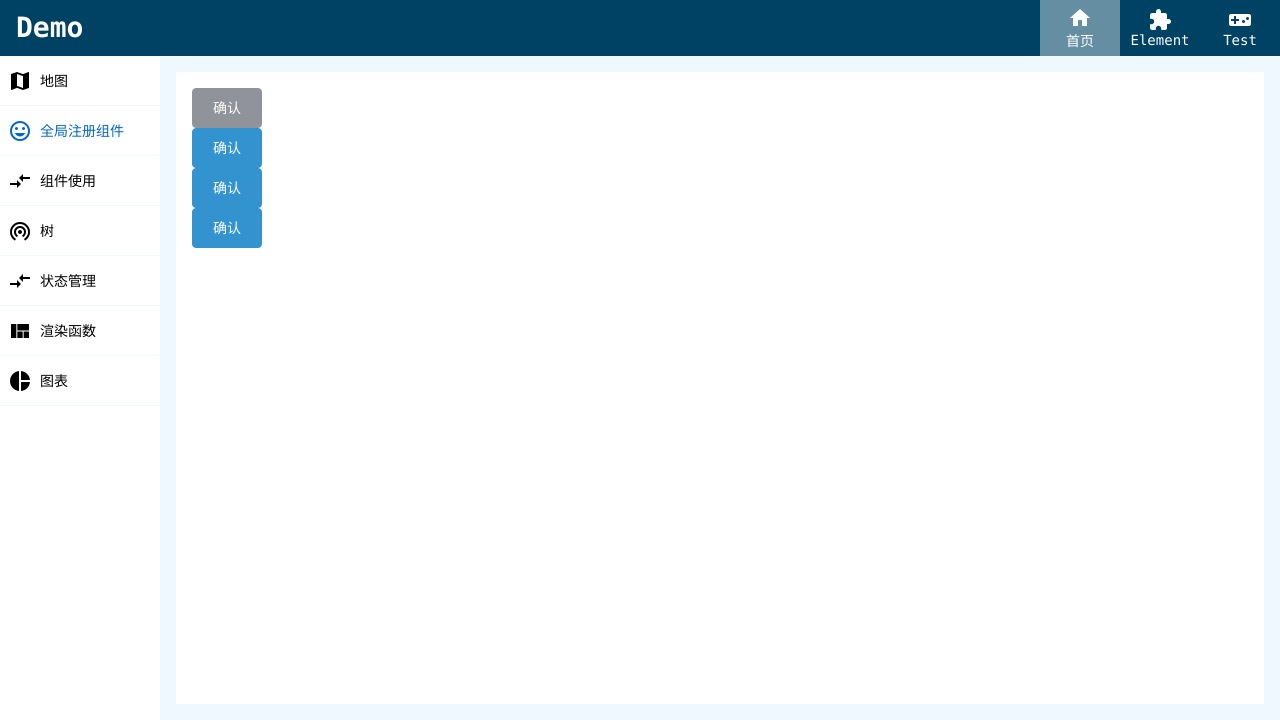
Repository: zh-webliker/element-vue
Page: /Main/Icon
An editor plug-in stored every save of this project. The page is shown before and after the next save, followed by the edit.
The browser window is 1280 px wide. The pictures show the whole page.
The project was rebuilt for these pictures with package versions that can differ from the ones it lists, and the page was loaded fresh each time. Also part of the build but not shown: vue.config.js, src/components/baseComponts/Basetitle.vue. Imported but missing from the stored project, and not drawn on this page: src/json/contour, src/json/hl.

Above is the page before, as saved 2020-09-11 16:24:41.

### public/index.html
<!DOCTYPE html>
<html lang="en">
  <head>
    <meta charset="utf-8">
    <meta http-equiv="X-UA-Compatible" content="IE=edge">
    <meta name="viewport" content="width=device-width,initial-scale=1.0">
    <link rel="icon" href="<%= BASE_URL %>favicon.ico">
    <title>demo</title>

  </head>
  <body>
    <noscript>
      <strong>We're sorry but demo doesn't work properly without JavaScript enabled. Please enable it to continue.</strong>
    </noscript>
    <div id="app"></div>
    <!-- built files will be auto injected -->
  </body>
</html>

### src/main.js
import Vue from 'vue'
import App from './App.vue'
import router from './router'
import store from './store/store'

import './style/style.scss'
import 'material-icons'

/***
 * 初始化axios
 * https://www.kancloud.cn/yunye/axios/234845
 */
import axios from 'axios'
axios.defaults.baseURL = process.env.NODE_ENV === 'production' ? '/' : '/api';
axios.defaults.headers.withCredentials = true;
Vue.prototype.$axios = axios;

// import './style/test.scss'

/**
 * element
 * */
import Element from 'element-ui'
import './style/element-variables.scss'
Vue.use(Element);


Vue.config.productionTip = false;

// import upperFirst from 'lodash/upperFirst'
// import camelCase from 'lodash/camelCase'

// const requireComponent = require.context(
//   // 其组件目录的相对路径
//   // '../src/components/baseComponts',
//   './components/baseComponts',
//   // 是否查询其子目录
//   false,
//   // 匹配基础组件文件名的正则表达式
//   /Base[A-Z]\w+\.(vue|js)$/
// )
// console.log(requireComponent.keys())
// requireComponent.keys().forEach(fileName => {
//   // 获取组件配置
//   const componentConfig = requireComponent(fileName)
//   // 这个地方直接传入filename其实就是内部会调用了resolve方法，会返回对应的文件内容（不理解可以console一下看看）
//   // 获取组件的 PascalCase 命名
//   const componentName = upperFirst(
//     camelCase(
//       // 获取和目录深度无关的文件名
//       fileName
//         .split('/')
//         .pop()
//         .replace(/\.\w+$/, '')
//     )
//   )

//   // 全局注册组件
//   Vue.component(
//     componentName,
//     // 如果这个组件选项是通过 `export default` 导出的，
//     // 那么就会优先使用 `.default`，
//     // 否则回退到使用模块的根。
//     componentConfig.default || componentConfig
//   )
// })
import Basebutton from './components/baseComponts/Basebutton.vue'
import Basetitle from './components/baseComponts/Basetitle.vue'
Vue.component('Basebutton', Basebutton)
Vue.component('Basetitle', Basetitle)
new Vue({
  router,
  store,
  render: h => h(App)
}).$mount('#app');

### src/App.vue
<template>
  <div id="app">

    <!--header标签和下面的nav标签，是H5新增的标签，相当于有语义的div-->
    <header class="header">

      <h1>{{appName}}</h1>

      <nav>

        <!--router-link是vue自带组件，用于项目内跳转，会编译成a标签-->
        <router-link to="/Main">
          <i class="material-icons">home</i>
          <span>首页</span>
        </router-link>
        <router-link to="/Element">
          <i class="material-icons">extension</i>
          <span>Element</span>
        </router-link>

        <router-link to="/Test">
          <i class="material-icons">videogame_asset</i>
          <span>Test</span>
        </router-link>
        <!--<router-link to="/">
          <i class="material-icons">logout</i>
          <span>退出</span>
        </router-link>-->
      </nav>
    </header>

    <router-view/>

  </div>
</template>

<script>
  const appName = "Demo";

  export default ({
    name: "App",
    data(){
      return {
        appName
      }
    }
  })

</script>

<style lang="scss">

</style>

### src/router.js
import Vue from 'vue'
import Router from 'vue-router'

Vue.use(Router);

export default new Router({
  mode: 'history',
  routes: [
    {
      path: "/",
      redirect: "/Main"
    },
    {
      name: "Main",
      path: "/Main",
      component: ()=> import('./views/main/Main.vue'),
      children: [
        {
          path: "/",
          redirect: "/Main/Map"
        },
        {
          //在router-link跳转中，如果路由设置了name，也可以用name替代path
          name: "Map",
          path: "/Main/Map",
          component: ()=> import('./views/main/Map.vue')
        },
        {
          name: "Icon",
          path: "/Main/Icon",
          component: ()=> import('./views/main/Icon.vue')
        },
        {
          name: "Tree",
          path: "/Main/Tree",
          component: ()=> import('./views/main/Tree.vue')
        },
        {
          name: "Storage",
          path: "/Main/Storage",
          component: ()=> import('./views/main/Storage.vue')
        },
        {
          name: "Storage2",
          path: "/Main/Storage2",
          component: ()=> import('./views/main/Storage2.vue')
        },
        {
          name: "Deliver",
          path: "/Main/Deliver",
          component: ()=> import('./views/main/Deliver.vue')
        },
        {
          name: "Charts",
          path: "/Main/Charts",
          component: ()=> import('./views/main/Charts.vue')
        }
      ]
    },
    {
      name: "Element",
      path: "/Element",
      component: ()=> import('./views/element/ElementMain.vue'),
      children: [
        {
          path: "/",
          redirect: "/Element/Table"
        },
        {
          name: "Table",
          path: "/Element/Table",
          component: ()=> import('./views/element/Table.vue'),
        },
        {
          name: "Tab",
          path: "/Element/Tab",
          component: ()=> import('./views/element/Tab.vue'),
        },
        {
          name: "Form",
          path: "/Element/Form",
          component: ()=> import('./views/element/Form.vue'),
        },
        {
          name: "Tree",
          path: "/Element/Tree",
          component: ()=> import('./views/element/Tree.vue'),
        }
      ]
    },

    {
      name: "Test",
      path: "/Test",
      component: ()=> import('./views/test/Test.vue'),
      redirect: "/Test/Mixin",

      children:[
        {
          name: "Mixin",
          path: "/Test/Mixin",
          component: ()=> import('./views/test/mixins/Index.vue')
        },
        {
          name: "DraggableModule",
          path: "/Test/DraggableModule",
          component: ()=> import('./views/test/draggable/DraggableModule.vue')
        }
      ]
    },

    //把404页面放到最后匹配剩下的全部页面
    {
      name: "404",
      path: "*",
      component: ()=> import('./views/404.vue'),
    }

  ]
})

### src/store/store.js
import Vue from 'vue'
import Vuex from 'vuex'

import StorageStore from './StorageStore'

Vue.use(Vuex);

export default new Vuex.Store({
  state: {

  },
  mutations: {

  },
  actions: {

  },

  //引入模组store
  modules: {
    storage: StorageStore
  }
})

### src/style/style.scss


/*theme*/
$primaryColor: #0065cb;
$primaryTextColor: white;
$primaryBgColor: #004264;
$bgColor: white;

/*global*/
a {
  text-decoration: none;
  color: inherit;
}
.page {
  position: absolute;
  top: 56px;
  bottom: 0;
  left: 0;
  right: 0;
  background-color: aliceblue;
}


/*body*/
body{
  padding: 0; margin: 0;
  font-family: 'Consolas', 'Microsoft YaHei UI';
  font-size: 14px;
}

/*header*/
header {
  background-color: $primaryBgColor;
  color: $primaryTextColor;
  padding: 0 16px;
  position: relative;
  height: 56px;

  h1 {
    margin: 0;
    line-height: 56px;
  }

  nav {
    position: absolute;
    right: 0;
    top: 0;
    height: 100%;
    cursor: pointer;
    display: flex;
    justify-content: center;

    a {
      display: inline-flex;
      width: 80px;
      height: 100%;
      justify-content: center;
      flex-direction: column;
      text-align: center;

      &:hover{
        background-color: rgba(255,255,255,0.1);
      }

      &.router-link-active{
        background-color: rgba(255,255,255,0.4);
      }
    }
  }
}

/*left navbar*/
.left-nav {
  position: absolute;
  width: 160px;
  top: 0;
  bottom: 0;
  left: 0;
  background-color: white;
  //color: $primaryTextColor;


  a {
    position: relative;
    display: flex;
    width: 100%;
    height: 50px;
    cursor: pointer;

    &:hover{
      //background-color: rgba(100,100,100,0.1);
      color: rgb(100,100,100);
    }
    &.router-link-active{
      //background-color: rgba(0,0,0,0.1);
      color: $primaryColor;
    }
    &:after{
      content: "";
      position: absolute;
      bottom: 0;
      width: 100%;
      height: 1px;
      //transform: scaleY(0.5);
      background-color: aliceblue;
    }

    i {
      line-height: 50px;
      width: 40px;
      text-align: center;
      font-size: 24px;
    }
    span {
      line-height: 50px;
      font-size: 14px;
    }

  }
}


.page-content {
  position: absolute;
  left: 160px;
  top: 0;
  bottom: 0;
  right: 0;
  //background-color: aliceblue;
  margin: 16px;
  padding: 16px;
  background-color: white;
  overflow-y: auto;
  overflow-x: auto;

  article{
    padding-bottom: 80px;
  }
}

### src/style/element-variables.scss
/* 改变主题色变量 */
// $--color-primary: #00806a;
$--color-primary: rgb(51, 147, 207);

/* 改变 icon 字体路径变量，必需 */
$--font-path: '~element-ui/lib/theme-chalk/fonts';

@import "~element-ui/packages/theme-chalk/src/index";

.el-main>div:nth-child(2){
  padding: 16px;
}

### src/components/baseComponts/Basebutton.vue
<template>
  <div>
    <el-button :type="type">确认</el-button>
  </div>
</template>

<script>
export default {
  name: 'Basebutton',
  props: {
    type: {
      type: String,
      default: 'primary'
    }
  }
}
</script>

<style>

</style>

### src/views/main/Main.vue
<template>
  <div class="page">

    <nav class="left-nav">
      <router-link to="Map">
        <i class="material-icons">map</i>
        <span>地图</span>
      </router-link>
      <router-link to="Icon">
        <i class="material-icons">insert_emoticon</i>
        <span>全局注册组件</span>
      </router-link>
      <router-link to="Storage2">
        <i class="material-icons">compare_arrows</i>
        <span>组件使用</span>
      </router-link>
      <router-link to="Tree">
        <i class="material-icons">wifi_tethering</i>
        <span>树</span>
      </router-link>
      <router-link to="Storage">
        <i class="material-icons">compare_arrows</i>
        <span>状态管理</span>
      </router-link>
      <router-link to="Deliver">
        <i class="material-icons">view_quilt</i>
        <span>渲染函数</span>
      </router-link>
      <router-link to="Charts">
        <i class="material-icons">pie_chart</i>
        <span>图表</span>
      </router-link>
    </nav>

    <div class="page-content">
      <router-view/>
    </div>
  </div>
</template>

<script>
  export default {
    name: "Main"
  }
</script>

<style scoped>

</style>

### src/views/main/Icon.vue
<template>
  <div>
    <Basebutton :type='info'></Basebutton>
    <Basebutton :type='success'></Basebutton>
    <Basebutton :type='warning'></Basebutton>
    <Basebutton :type='danger'></Basebutton>
  </div>
</template>

<script>
  export default {
    name: "Icon",
    data () {
      return {
        info: 'info'
      }
    }
  }
</script>

<style scoped>
</style>

### src/store/StorageStore.js

//vuex store 模块
//https://vuex.vuejs.org/zh/guide/modules.html

export default {

  //开启命名空间
  namespaced: true,

  //状态
  state: {
    "storageText": "请输入一些文字",
    "storageTime": 0
  },

  //set操作
  mutations: {
    setText: (state, text)=> state.storageText = text,
    setTime: (state, time)=> state.storageTime = time
  },

  //批量操作，可以执行异步
  actions: {
    setStorage(context, obj){
      context.commit('setText', obj.text);
      context.commit('setTime', obj.time);
    }
  },

  //get操作
  getters:{
    getText(state) {
      return state.storageText;
    },
    getTime(state) {
      return state.storageTime;
    },
    getNextTime(state){
      return state.storageTime + 60;
    }
  }
}

After the next save:
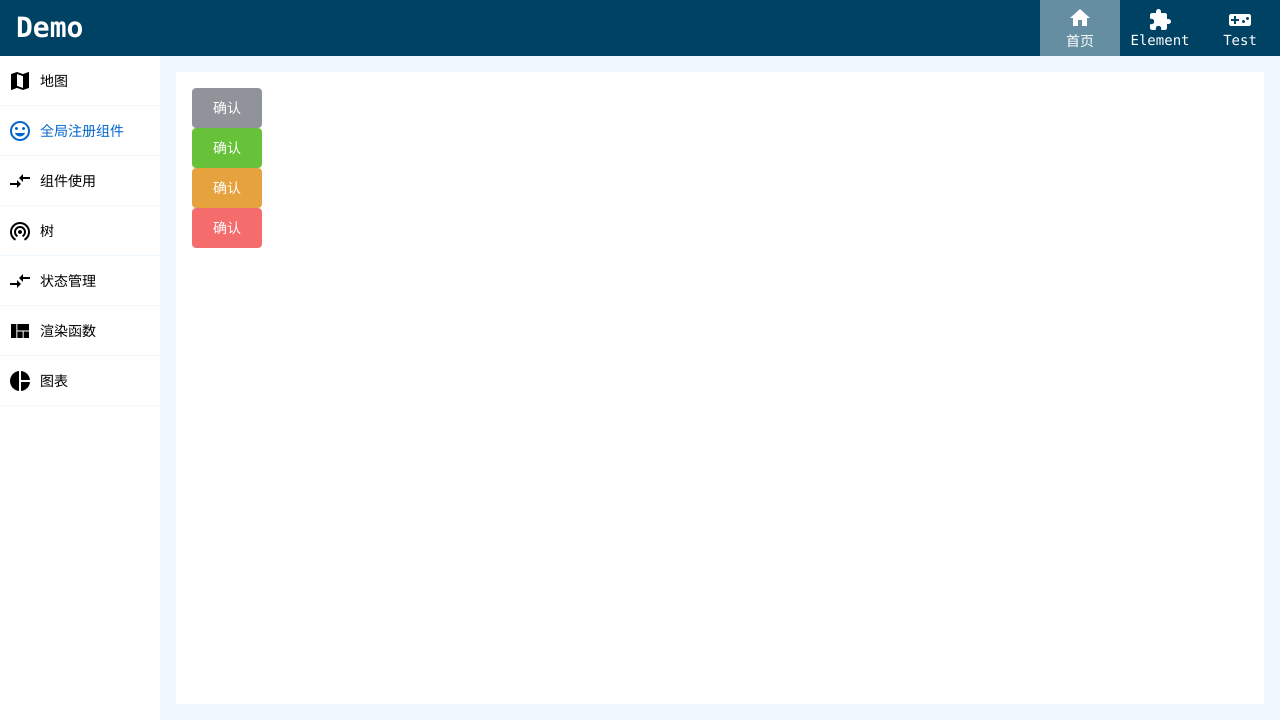
Saved 15 s later.
--- a/src/views/main/Icon.vue
+++ b/src/views/main/Icon.vue
@@ -1,9 +1,9 @@
 <template>
   <div>
     <Basebutton :type='info'></Basebutton>
-    <Basebutton :type='success'></Basebutton>
-    <Basebutton :type='warning'></Basebutton>
-    <Basebutton :type='danger'></Basebutton>
+    <Basebutton type='success'></Basebutton>
+    <Basebutton type='warning'></Basebutton>
+    <Basebutton type='danger'></Basebutton>
   </div>
 </template>
 
